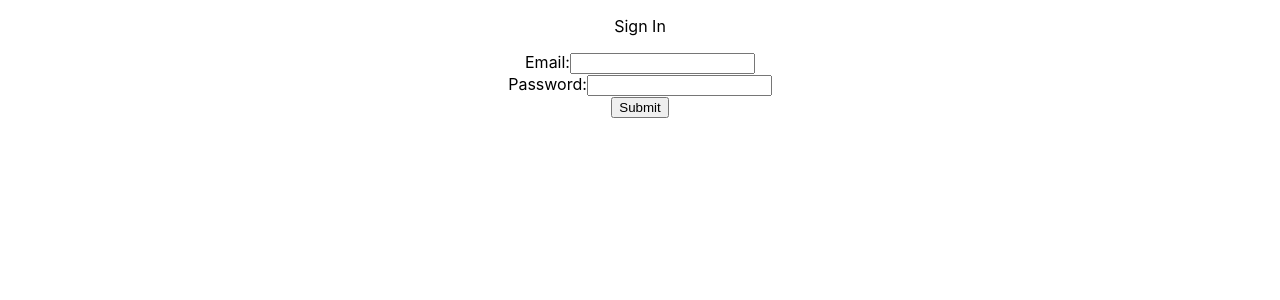
Repository: Achorn/acorn-blog
Page: /signin
These files come from the project's save history. The page is drawn as it stood at one moment and after the next save; the edit follows.
The browser window is 1280 px wide. The pictures show the whole page.
The project was rebuilt for these pictures with package versions that can differ from the ones it lists, and the page was loaded fresh each time. Also part of the build but not shown: src/pages/SignUp.js.

Above is the page before, as saved 2023-05-31 09:35:21.

### src/App.js
import "./App.css";
import SignIn from "./pages/SignIn";
import SignUp from "./pages/SignUp";
import { BrowserRouter as Router, Routes, Route } from "react-router-dom";
import { getAuth, onAuthStateChanged } from "firebase/auth";
import { NavLink } from "react-router-dom";

const auth = getAuth();
onAuthStateChanged(auth, (user) => {
  if (user) {
    console.log(user);
    // User is signed in, see docs for a list of available properties
    // https://firebase.google.com/docs/reference/js/auth.user
    // const uid = user.uid;
    // ...
  } else {
    // User is signed out
    // ...
  }
});

function App() {
  return (
    <div className="App">
      <Router>
        <Routes>
          <Route exact path="/" element={<Main />} />
          <Route exact path="/signup" element={<SignUp />} />
          <Route exact path="/signin" element={<SignIn />} />
        </Routes>
      </Router>
    </div>
  );
}
function Main() {
  return (
    <div>
      main page
      <NavLink to={`signin`}> sign In </NavLink>
    </div>
  );
}

export default App;

### src/pages/SignIn.js
import React, { useState } from "react";
import { signInWithEmailAndPassword } from "firebase/auth";
import { auth } from "../firebase/config";

function SignIn() {
  const [email, setEmail] = useState("");
  const [password, setPassword] = useState("");
  const [signInState, setSignInState] = useState("");
  function handleSubmit(event) {
    event.preventDefault();
    setSignInState("Signing in...");
    signInWithEmailAndPassword(auth, email, password)
      .then((userCredential) => {
        // Signed in
        // const user = userCredential.user;
        // ...
        setSignInState("Success!!");
      })
      .catch((error) => {
        // const errorCode = error.code;
        // const errorMessage = error.message;
        setSignInState("Error!!");
      });
    // createUserWithEmailAndPassword(auth, email, password)
    //   .then((userCredential) => {
    //     // Signed in
    //     const user = userCredential.user;
    //     console.log("signed in...");
    //     console.log(user);
    //     // ...
    //   })
    //   .catch((error) => {
    //     const errorCode = error.code;
    //     const errorMessage = error.message;
    //     console.log("error");
    //     console.log(errorCode);
    //     console.log(errorMessage);
    //     // ..
    //   });
  }
  return (
    <div>
      <p>Sign In</p>
      <form onSubmit={handleSubmit}>
        <label>
          Email:
          <input
            type="text"
            name="email"
            onChange={(e) => setEmail(e.target.value)}
          />
        </label>
        <br />{" "}
        <label>
          Password:
          <input
            // type="text"
            type="password"
            name="password"
            onChange={(e) => setPassword(e.target.value)}
          />
        </label>
        <br />
        <input type="submit" value="Submit" />
      </form>
      <p>{signInState}</p>
    </div>
  );
}

export default SignIn;

### src/firebase/config.js
// Import the functions you need from the SDKs you need
import { initializeApp } from "firebase/app";
// TODO: Add SDKs for Firebase products that you want to use
// https://firebase.google.com/docs/web/setup#available-libraries
import { getFirestore } from "firebase/firestore";
import { getAuth } from "firebase/auth";

// Your web app's Firebase configuration
const firebaseConfig = {
  apiKey: "AIzaSyC2f0yVKEThhNsB5BBjdewfUcNHlY7QI6s",
  authDomain: "acorn-blog.firebaseapp.com",
  projectId: "acorn-blog",
  storageBucket: "acorn-blog.appspot.com",
  messagingSenderId: "571993800265",
  appId: "1:571993800265:web:c254803441e75f83290998",
};

// Initialize Firebase
const app = initializeApp(firebaseConfig);
const db = getFirestore(app);
const auth = getAuth(app);

export { app, db, auth };

Loaded but not shown: public/index.html (common file); src/index.js (common file); src/index.css (common file); src/reportWebVitals.js (common file); src/App.css (common file)

After the next save:
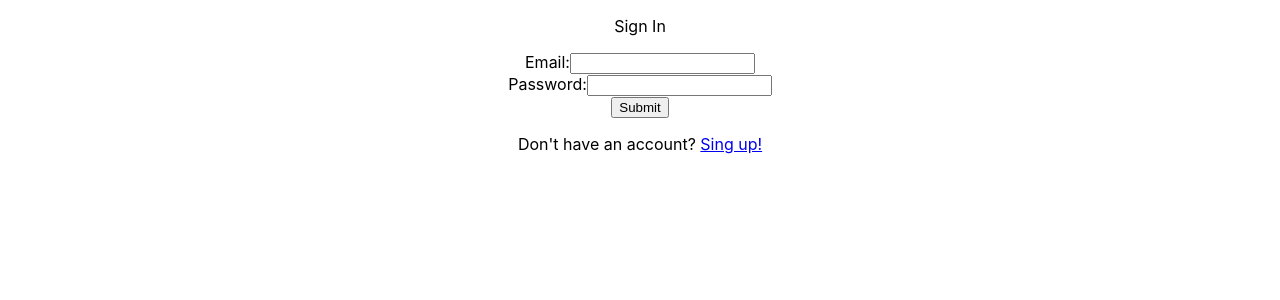
Saved 2 min 14 s later.
--- a/src/pages/SignIn.js
+++ b/src/pages/SignIn.js
@@ -1,6 +1,7 @@
 import React, { useState } from "react";
 import { signInWithEmailAndPassword } from "firebase/auth";
 import { auth } from "../firebase/config";
+import { NavLink } from "react-router-dom";
 
 function SignIn() {
   const [email, setEmail] = useState("");
@@ -63,6 +64,10 @@ function SignIn() {
         <br />
         <input type="submit" value="Submit" />
       </form>
+      <p>
+        {" "}
+        Don't have an account? <NavLink>Sing up!</NavLink>
+      </p>
       <p>{signInState}</p>
     </div>
   );
